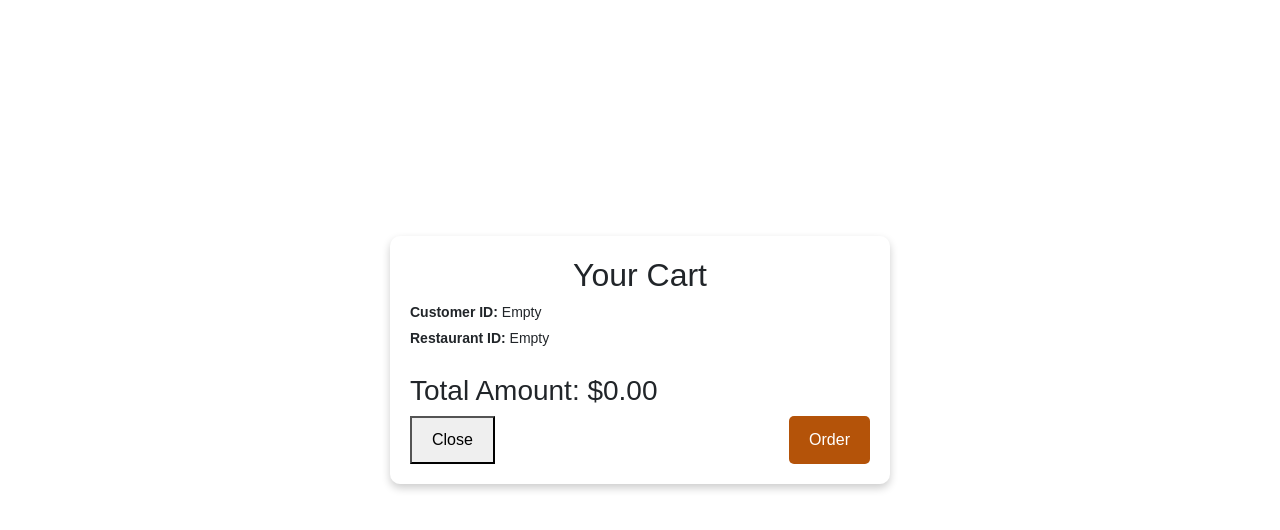
Repository: chelseajaculina/lab2-uber-eats
Page: /cart (app in frontend/)
An editor plug-in stored every save of this project. The page is shown before and after the next save, followed by the edit.
The browser window is 1280 px wide. The pictures show the whole page.
The project was rebuilt for these pictures with package versions that can differ from the ones it lists, and the page was loaded fresh each time. Also part of the build but not shown: frontend/src/components/Home.css, frontend/src/components/Logout.css, frontend/src/components/Logout.js, frontend/src/components/NavBarHome.js, frontend/src/components/Home.js, frontend/src/components/CustomerSignUp.js, frontend/src/components/RestaurantSignUp.js, frontend/src/components/SignUp.js and 27 more.

Above is the page before, as saved 2024-11-23 01:01:37.

### frontend/src/components/CartModal.js
import React, { useEffect, useState } from 'react';
import { useNavigate } from 'react-router-dom';
import { jwtDecode } from 'jwt-decode'; // Install using npm install jwt-decode
import './CartModal.css';

const CartModal = ({ cart, setCart, onClose }) => {
  const navigate = useNavigate();

  // State for customer ID and restaurant ID
  const [customerId, setCustomerId] = useState(null);
  const [restaurantId, setRestaurantId] = useState(null);

  // Extract Customer ID and Restaurant ID from token and cart
  useEffect(() => {
    // Retrieve token from localStorage
    const token = localStorage.getItem('access_token');
    if (token) {
      try {
        const decodedToken = jwtDecode(token); // Decode the token
        setCustomerId(decodedToken.customer_id || 'None');
        console.log('Customer ID retrieved from token:', decodedToken.customer_id);
      } catch (error) {
        console.error('Error decoding token:', error);
        setCustomerId('Empty'); // Default value if decoding fails
      }
    } else {
      console.warn('Access token not found.');
      setCustomerId('Empty'); // Default value if token is missing
    }

    // Extract the restaurant ID from the cart
    if (cart.length > 0) {
      const uniqueRestaurantIds = [...new Set(cart.map((item) => item.restaurant_id))];
      console.log('Unique restaurant IDs from cart:', uniqueRestaurantIds);

      if (uniqueRestaurantIds.length === 1) {
        setRestaurantId(uniqueRestaurantIds[0]);
        console.log('Restaurant ID set:', uniqueRestaurantIds[0]);
      } else if (uniqueRestaurantIds.length > 1) {
        console.warn('Multiple restaurant IDs detected:', uniqueRestaurantIds);
        setRestaurantId('Multiple IDs'); // Default value for multiple IDs
      } else {
        console.warn('No restaurant_id found in the cart.');
        setRestaurantId('Empty'); // Default value if no restaurant ID is found
      }
    } else {
      setRestaurantId('Empty'); // Default value if cart is empty
      console.warn('Cart is empty.');
    }
  }, [cart]);

  const increaseQuantity = (dishId) => {
    setCart((prevCart) =>
      prevCart.map((item) =>
        item.id === dishId ? { ...item, quantity: item.quantity + 1 } : item
      )
    );
  };

  const decreaseQuantity = (dishId) => {
    setCart((prevCart) =>
      prevCart
        .map((item) =>
          item.id === dishId ? { ...item, quantity: item.quantity - 1 } : item
        )
        .filter((item) => item.quantity > 0)
    );
  };

  const calculateTotal = () =>
    cart.reduce(
      (total, item) =>
        total + (parseFloat(item.price) || 0) * item.quantity,
      0
    ).toFixed(2);

  const handleOrder = () => {
    // Ensure both IDs are available before navigating
    if (!customerId || !restaurantId || customerId === 'Empty' || restaurantId === 'Empty') {
      alert('Customer ID or Restaurant ID is missing. Please check your cart or log in.');
      return;
    }

    // Navigate to the Order Page with IDs and cart
    navigate('/order', {
      state: {
        cart,
        customerId,
        restaurantId,
      },
    });
  };

  return (
    <div className="cart-modal">
      <h2>Your Cart</h2>
      <p><strong>Customer ID:</strong> {customerId}</p>
      <p><strong>Restaurant ID:</strong> {restaurantId}</p>
      <div className="cart-items">
        {cart.map((item) => (
          <div className="cart-item" key={item.id}>
            <h4>{item.name}</h4>
            <p>${(parseFloat(item.price) || 0).toFixed(2)}</p>
            <div className="quantity-controls">
              <button onClick={() => decreaseQuantity(item.id)}>-</button>
              <span>x {item.quantity}</span>
              <button onClick={() => increaseQuantity(item.id)}>+</button>
            </div>
          </div>
        ))}
      </div>
      <div className="cart-total">
        <h3>Total Amount: ${calculateTotal()}</h3>
      </div>
      <div className="cart-actions">
        <button onClick={onClose}>Close</button>
        <button className="order-button" onClick={handleOrder}>
          Order
        </button>
      </div>
    </div>
  );
};

export default CartModal;

### frontend/src/components/SignUp.css
/* Shared container styling for login and signup */
.signup-container {
    display: flex;
    flex-direction: column;
    align-items: center;
    padding: 20px;
    width: 100%;
    background-color: #f7f7f7; /* Light gray background */
}

/* Shared header styling for both signup and login */
.signup-header {
    background-color: transparent;
    width: 100%;
    text-align: center;
    padding: 10px;
}

/* Brand title styling for consistency */
.brand-title {
    color: #000; /* Black color for "Uber" */
    font-size: 24px;
}

.brand-title span {
    color: #34a853; /* Green color for "Eats" */
}

/* Container to hold both forms side by side */
.signup-forms {
    display: flex;
    justify-content: space-between;
    width: 80%;
    max-width: 1200px;
    gap: 20px; /* Space between the two forms */
    margin-top: 20px;
}

/* Styling for each individual form container */
.form-container {
    flex: 1;
    background-color: white;
    padding: 20px;
    border-radius: 10px;
    box-shadow: 0 4px 10px rgba(0, 0, 0, 0.1);
    text-align: center;
}

/* Shared form styling for inputs and buttons */
.signup-form, .login-form {
    display: flex;
    flex-direction: column;
    width: 100%;
    margin-top: 20px;
}

.signup-form h2, h2 {
    text-align: center;
    font-size: 18px;
    margin-bottom: 10px;
    color: #333;
}

.signup-form input,  input {
    width: 100%;
    padding: 12px;
    margin: 8px 0;
    border-radius: 8px;
    border: 1px solid #ccc;
    font-size: 16px;
}

.continue-button {
    background-color: black;
    color: white;
    padding: 12px;
    border: none;
    border-radius: 8px;
    font-size: 16px;
    cursor: pointer;
    margin-top: 10px;
}

.divider {
    display: flex;
    align-items: center;
    text-align: center;
    margin: 20px 0;
}

.line {
    flex: 1;
    height: 1px;
    background-color: #ccc;
    border: none;
}



.google-button, .apple-button, .qr-code-button {
    display: flex;
    align-items: center;
    justify-content: center;
    background-color: #f5f5f5;
    color: black;
    padding: 12px;
    margin: 8px 0;
    border-radius: 8px;
    border: 1px solid #ccc;
    font-size: 16px;
    cursor: pointer;
}

.google-button img, .apple-button img, .qr-code-button img {
    width: 20px;
    height: 20px;
    margin-right: 10px;
}

.disclaimer {
    font-size: 12px;
    color: gray;
    text-align: center;
    margin-top: 10px;
    line-height: 1.5;
}

.link-button {
    color: #000;
    font-weight: bold;
    text-decoration: none;
    cursor: pointer;
    background: #000;  /* Remove default background */
    border: none;      /* Remove default border */
    padding: 0.5rem;   /* Optional padding to make it look button-like */
    color: #fff;
}

/* Responsive design for smaller screens */
@media (max-width: 768px) {
    .signup-forms {
        flex-direction: column;
        align-items: center;
    }

    .form-container {
        width: 100%;
        margin-bottom: 20px;
    }
}


/* Stretch buttons across form container */
.google-button, .apple-button, .qr-code-button {
    display: flex;
    align-items: center;
    justify-content: center;
    background-color: #f5f5f5;
    color: black;
    padding: 12px;
    margin: 8px 0;
    border-radius: 8px;
    border: 1px solid #ccc;
    font-size: 16px;
    cursor: pointer;
    width: 100%; /* Make buttons full width */
    max-width: 300px; /* Optional max-width to keep buttons from getting too wide */
}

/* Center the buttons within the form container */
.signup-form, .login-form {
    display: flex;
    flex-direction: column;
    align-items: center; /* Center all elements horizontally */
    width: 100%;
    margin-top: 20px;
}

/* Center the button icon */
.google-button .icon, .apple-button .icon, .qr-code-button .icon {
    margin-right: 10px;
    font-size: 20px;
}

### frontend/src/components/Welcome.css
/* General Reset */
* {
    margin: 0;
    padding: 0;
    box-sizing: border-box;
    font-family: Arial, Helvetica, sans-serif;
}

/* Container */
.landing-container {
    width: 100%;
    height: 100vh;
    background: url('/public/images/landing-bg.jpg') center/cover no-repeat;
    color: #000;
    display: flex;
    flex-direction: column;
    margin: 0;
    padding: 0;
}

/* Navigation Bar */
.navbar {
    display: flex;
    justify-content: space-between;
    align-items: center;
    padding: 1rem 2rem;
    background-color: transparent; /* Keep background transparent if desired */
    border-bottom: none; /* Ensure no bottom border */
    box-shadow: none; /* Ensure no shadow */
}


.navbar-left {
    display: flex;
    align-items: center;
    background-color: transparent;
}

.menu-button {
    font-size: 1.5rem;
    background: none;
    border: none;
    cursor: pointer;
    margin-right: 1rem;
    color: #000; /* White icon color */
}

.menu-button:focus {
    outline: none; /* Remove focus outline */
}

.brand-title {
    font-weight: bold;
    font-size: 1.5rem;
    color: #000;
}

.navbar-right {
    display: flex;
    align-items: center;
    background-color: transparent;
}

.navbar-right button {
    padding: 0.5rem 1rem;
    cursor: pointer;
    font-size: 1rem;
    margin-left: 1rem;
    border-radius: 5px;
    border: none; /* Ensure there is no border for solid button effect */
}

/* Log in Button - White with Black Border */
.login-button {
    background-color: #fff;          /* White background */
    color: #000;                     /* Black text */
    border: 1px solid #000;          /* Black border */
    border-radius: 5px;              /* Slightly rounded corners */
}

/* Sign up Button - Green with White Text */
.signup-button {
    background-color: #00ff80;  /* Green background */
    color: #fff;                     /* White text */
    border-radius: 5px;              /* Slightly rounded corners */
}

/* Hero Section */
.hero-section {
    display: flex;
    flex-direction: column;
    align-items: left;
    margin-top: 6rem;
    padding: 2rem;
    color: #000;
}

.hero-section h1 {
    font-size: 3rem;
    font-weight: bold;
    margin-bottom: 2rem;
}

/* Address Input Section */
.address-input-section {
    display: flex;
    align-items: center;
    gap: 1rem;
    width: 100%;
    max-width: 800px;
}

.input-box {
    display: flex;
    align-items: center;
    background: #fff;
    padding: 0.5rem;
    border-radius: 8px;
    flex-grow: 1;
    border: 1px solid #ddd;
}

.input-box .icon {
    margin-right: 0.5rem;
    color: #666;
}

.input-box input {
    border: none;
    outline: none;
    width: 100%;
    font-size: 1rem;
    padding: 0.5rem 0;
}

.delivery-time-dropdown {
    display: flex;
    align-items: center;
    background: #fff;
    padding: 0.5rem;
    border-radius: 8px;
    border: 1px solid #ddd;
}

.delivery-time-dropdown .icon {
    margin-right: 0.5rem;
    color: #666;
}

.delivery-time-dropdown select {
    border: none;
    outline: none;
    font-size: 1rem;
    background: transparent;
}

/* Search Button */
.search-button {
    background-color: #000;
    color: #fff;
    padding: 0.75rem 1.5rem;
    border: none;
    cursor: pointer;
    border-radius: 8px;
    font-weight: bold;
}

/* Sign In Link */
.signin-link {
    margin-top: 1rem;
    font-size: 1rem;
    color: #666;
}

.signin-link a {
    color: #000;
    font-weight: bold;
    text-decoration: none;
}

.signin-link a:hover {
    text-decoration: underline;
}

.link-button {
    color: #000;
    font-weight: bold;
    text-decoration: none;
    cursor: pointer;
    background: none;  /* Remove default background */
    border: none;      /* Remove default border */
    padding: 0.5rem;   /* Optional padding to make it look button-like */
}

.link-button:hover {
    text-decoration: underline; /* Add underline on hover */
}

### frontend/src/components/RestaurantMenu.css
/* General Reset */
* {
  margin: 0;
  padding: 0;
  box-sizing: border-box;
  font-family: Arial, Helvetica, sans-serif;
}

/* Container for the entire menu section */
.restaurant-menu {
  width: 100%;
  padding: 20px;
  display: flex;
  flex-direction: column;
  align-items: center;
  background-color: #f5f5f5;
}

/* Title of the menu */
.menu-title {
  font-size: 2rem;
  margin-bottom: 20px;
  color: #333;
}

/* Section for the add dish button */
.add-dish-section {
  width: 100%;
  display: flex;
  justify-content: center;
  margin-bottom: 20px;
}

.add-dish-button {
  padding: 10px 20px;
  font-size: 1rem;
  background-color: black;
  color: white;
  border: none;
  border-radius: 5px;
  cursor: pointer;
  transition: background-color 0.3s;
}

.add-dish-button:hover {
  background-color: #333;
}

/* Dishes list */
.dishes-list {
  width: 100%;
  display: flex;
  flex-wrap: wrap;
  justify-content: center;
  gap: 20px;
}

/* Individual dish card */
.dish-card {
  background-color: white;
  width: 250px;
  padding: 10px;
  border-radius: 10px;
  box-shadow: 0 4px 8px rgba(0, 0, 0, 0.1);
  text-align: center;
  display: flex;
  flex-direction: column;
  align-items: center;
}

.dish-image {
  width: 100%;
  height: 180px;
  object-fit: cover;
  border-radius: 10px;
  margin-bottom: 10px;
}

.dish-card h3 {
  font-size: 1.2rem;
  color: #333;
}

.dish-card p {
  font-size: 0.9rem;
  color: #555;
}

.dish-card strong {
  color: #000;
}

/* Modal overlay */
.modal-overlay {
  position: fixed;
  top: 0;
  left: 0;
  width: 100%;
  height: 100%;
  background-color: rgba(0, 0, 0, 0.5);
  display: flex;
  justify-content: center;
  align-items: center;
}

/* Modal content */
.modal-content {
  background-color: white;
  padding: 20px;
  width: 400px;
  border-radius: 10px;
  box-shadow: 0 4px 8px rgba(0, 0, 0, 0.2);
}

.modal-content h2 {
  font-size: 1.5rem;
  margin-bottom: 20px;
  color: #333;
}

.dish-form {
  display: flex;
  flex-direction: column;
  gap: 10px;
}

.dish-form input,
.dish-form select,
.dish-form textarea {
  padding: 10px;
  font-size: 1rem;
  border: 1px solid #ccc;
  border-radius: 5px;
  width: 100%;
  box-sizing: border-box;
}

.dish-form textarea {
  resize: vertical;
  height: 100px;
}

.form-buttons {
  display: flex;
  justify-content: space-between;
}

.save-button {
  background-color: #00cc66;
  color: white;
  padding: 10px 20px;
  border: none;
  border-radius: 5px;
  cursor: pointer;
  transition: background-color 0.3s;
}

.save-button:hover {
  background-color: #00a653;
}

.cancel-button {
  background-color: #ccc;
  color: #333;
  padding: 10px 20px;
  border: none;
  border-radius: 5px;
  cursor: pointer;
  transition: background-color 0.3s;
}

.cancel-button:hover {
  background-color: #bbb;
}

/* Price input styling */
.price-input {
  display: flex;
  align-items: center;
}

.price-input span {
  margin-right: 10px;
  font-size: 1rem;
  color: #333;
}

/* Loading message */
.loading {
  text-align: center;
  font-size: 1.2rem;
  color: #333;
}

### frontend/src/components/CartModal.css
/* src/components/CartModal.css */
.cart-modal {
    position: fixed;
    top: 50%;
    left: 50%;
    transform: translate(-50%, -50%);
    background-color: white;
    padding: 20px;
    border-radius: 10px;
    box-shadow: 0 4px 8px rgba(0, 0, 0, 0.2);
    width: 90%;
    max-width: 500px;
  }

  .cart-items {
    max-height: 300px;
    overflow-y: auto;
    margin-bottom: 20px;
  }

  .cart-item {
    display: flex;
    justify-content: space-between;
    align-items: center;
    padding: 10px 0;
    border-bottom: 1px solid #ddd;
  }

  .quantity-controls {
    display: flex;
    align-items: center;
  }

  .quantity-controls button {
    background: none;
    border: 1px solid #ccc;
    padding: 5px;
    cursor: pointer;
    margin: 0 5px;
  }

  .cart-total {
    font-weight: bold;
    margin-top: 20px;
  }

  .cart-actions {
    display: flex;
    justify-content: space-between;
  }

  .cart-actions button {
    padding: 10px 20px;
    cursor: pointer;
  }

  .order-button {
    background-color: #b45309;
    color: white;
    border: none;
    padding: 10px 20px;
    cursor: pointer;
    border-radius: 5px;
  }

  .cart-modal p {
    margin: 5px 0;
    font-size: 14px;
  }

### frontend/src/components/NavBarBusiness.css
/* General Reset */
* {
    margin: 0;
    padding: 0;
    box-sizing: border-box;
    font-family: Arial, Helvetica, sans-serif;
}

.landing-container {
    width: 100%;
    height: 100vh;
    background: url('/public/images/landing-bg.jpg') center/cover no-repeat;
    color: #000;
    display: flex;
    flex-direction: column;
}


/* Navigation Bar */
.navbar {
    display: flex;
    justify-content: space-between;
    align-items: center;
    padding: 1rem;
    background-color: transparent;
    color: #fff;
    flex-wrap: wrap; /* Allows items to wrap in small screens */
    width: 100%;
}

/* Navbar Left Section */
.navbar-left {
    display: flex;
    align-items: center;
    flex-wrap: wrap;
    gap: 1rem;
}

/* Menu Button */
.menu-button {
    font-size: 1.5rem;
    background: none;
    border: none;
    cursor: pointer;
    color: #fff;
}

/* Brand Title */
.brand-title {
    font-weight: bold;
    font-size: 1.5rem;
    color: #000;
    text-decoration: none;
}

.brand-link {
    color: #000;
    text-decoration: none;
}

/* Delivery and Pickup Buttons */
.delivery-pickup-buttons {
    display: flex;
    gap: 0.5rem;
}

.delivery-btn, .pickup-btn {
    padding: 0.5rem 1rem;
    border-radius: 20px;
    border: none;
    cursor: pointer;
    background-color: #f6f6f6;
    color: #000;
    transition: background-color 0.3s;
}

.delivery-btn.active {
    background-color: #fff;
    border: 1px solid #ddd;
}

/* Navbar Right Section */
.navbar-right {
    display: flex;
    align-items: center;
    gap: 1rem;
    flex-wrap: wrap;
    flex: 1;
    justify-content: flex-end;
    width: 100%;
}

.location {
    display: flex;
    align-items: center;
    gap: 0.5rem;
    font-size: 1rem;
    color: #fff;
    white-space: nowrap;
}

.search-box {
    display: flex;
    align-items: center;
    background-color: #f6f6f6;
    padding: 0.5rem 1rem;
    border-radius: 20px;
    gap: 0.5rem;
    flex-grow: 1; /* Expand the search box */
    max-width: 400px;
    min-width: 200px;
}

.search-box input {
    border: none;
    background: transparent;
    outline: none;
    width: 100%;
    color: #000;
}

.login-button {
    padding: 0.5rem 1rem;
    background-color: #fff;
    color: #000;
    border: 1px solid #000;
    border-radius: 5px;
    cursor: pointer;
}

.signup-button {
    padding: 0.5rem 1rem;
    background-color: #000;
    color: #fff;
    border: none;
    border-radius: 5px;
    cursor: pointer;
}

.shopping-cart-icon {
    font-size: 1.5rem;
    color: #00cc66;
}

/* Side Menu */
.side-menu {
    position: fixed;
    top: 0;
    left: 0;
    width: 300px;
    height: 100%;
    background-color: #fff;
    box-shadow: 2px 0 5px rgba(0, 0, 0, 0.3);
    padding: 2rem;
    z-index: 1000;
    display: flex;
    flex-direction: column;
    gap: 1rem;
}

.close-button {
    align-self: flex-end;
    background: none;
    border: none;
    font-size: 1.5rem;
    cursor: pointer;
}

.signup-side-button, .login-side-button {
    width: 100%;
    padding: 1rem;
    border-radius: 5px;
    border: none;
    cursor: pointer;
    font-size: 1.2rem;
}

.signup-side-button {
    background-color: #000;
    color: #fff;
}

.login-side-button {
    background-color: #f0f0f0;
    color: #000;
}

.side-links {
    display: flex;
    flex-direction: column;
    gap: 1rem;
}

.side-links a {
    text-decoration: none;
    color: #000;
    font-weight: bold;
}

.download-app {
    margin-top: auto;
    text-align: center;
}

.app-links button {
    margin: 1rem 0.5rem;
    padding: 0.5rem 1rem;
    border-radius: 5px;
    border: none;
    cursor: pointer;
    font-weight: bold;
}

/* Media Queries for Responsive Design */
@media (max-width: 768px) {
    .navbar {
        padding: 0.5rem 1rem;
    }

    .navbar-right {
        flex-direction: column;
        gap: 0.5rem;
        width: 100%;
        justify-content: center;
        align-items: flex-start;
    }

    .search-box {
        order: 2;
        margin-top: 1rem;
        width: 100%;
    }

    .location {
        display: none;
    }
}

@media (max-width: 480px) {
    .delivery-pickup-buttons {
        display: none; /* Hide on small screens */
    }

    .signup-button, .login-button {
        padding: 0.3rem 0.8rem;
    }

    .shopping-cart-icon {
        font-size: 1.2rem;
    }

    .navbar {
        flex-direction: column;
        align-items: flex-start;
    }

    .brand-title {
        font-size: 1.2rem;
    }
}

Loaded but not shown: frontend/public/index.html (common file); frontend/src/App.js (86 lines, source omitted); frontend/src/contexts/CartContext.js (42 lines, source omitted); frontend/src/index.js (14 lines, source omitted); frontend/src/components/NavBar.css (372 lines, source omitted)

After the next save:
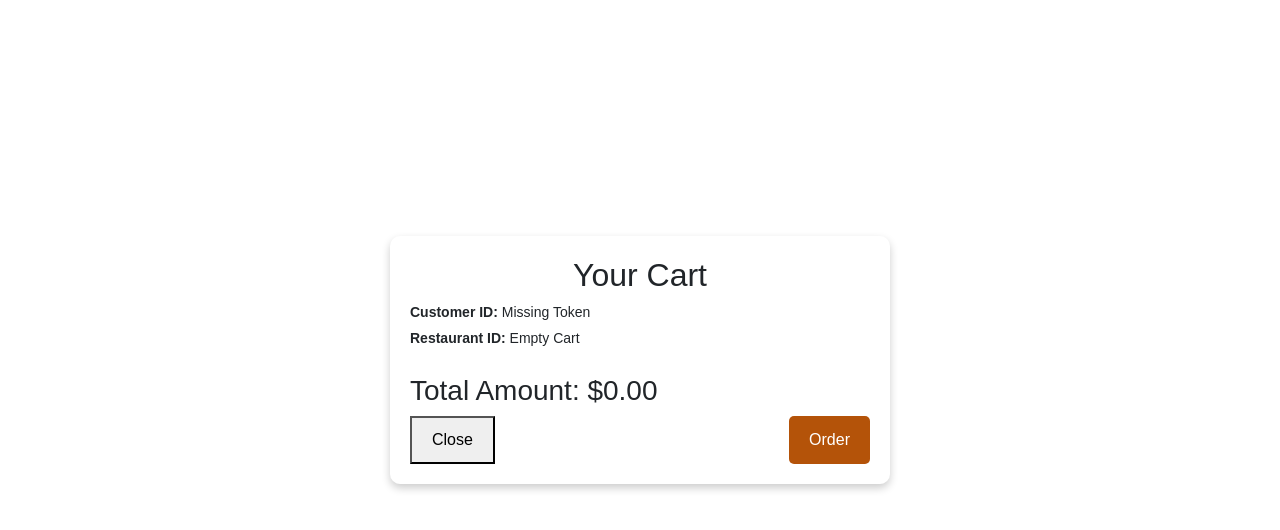
Saved 20 s later.
--- a/frontend/src/components/CartModal.js
+++ b/frontend/src/components/CartModal.js
@@ -1,6 +1,6 @@
 import React, { useEffect, useState } from 'react';
 import { useNavigate } from 'react-router-dom';
-import { jwtDecode } from 'jwt-decode'; // Install using npm install jwt-decode
+import jwtDecode from 'jwt-decode';
 import './CartModal.css';
 
 const CartModal = ({ cart, setCart, onClose }) => {
@@ -10,22 +10,22 @@ const CartModal = ({ cart, setCart, onClose }) => {
   const [customerId, setCustomerId] = useState(null);
   const [restaurantId, setRestaurantId] = useState(null);
 
-  // Extract Customer ID and Restaurant ID from token and cart
+  // Extract customer ID and restaurant ID on component load
   useEffect(() => {
     // Retrieve token from localStorage
     const token = localStorage.getItem('access_token');
     if (token) {
       try {
         const decodedToken = jwtDecode(token); // Decode the token
-        setCustomerId(decodedToken.customer_id || 'None');
-        console.log('Customer ID retrieved from token:', decodedToken.customer_id);
+        console.log('Decoded Token:', decodedToken); // Log decoded token for debugging
+        setCustomerId(decodedToken.customer_id || 'Not Found'); // Check for customer_id
       } catch (error) {
         console.error('Error decoding token:', error);
-        setCustomerId('Empty'); // Default value if decoding fails
+        setCustomerId('Error Decoding Token'); // Handle decoding error
       }
     } else {
       console.warn('Access token not found.');
-      setCustomerId('Empty'); // Default value if token is missing
+      setCustomerId('Missing Token'); // Handle missing token
     }
 
     // Extract the restaurant ID from the cart
@@ -35,17 +35,13 @@ const CartModal = ({ cart, setCart, onClose }) => {
 
       if (uniqueRestaurantIds.length === 1) {
         setRestaurantId(uniqueRestaurantIds[0]);
-        console.log('Restaurant ID set:', uniqueRestaurantIds[0]);
       } else if (uniqueRestaurantIds.length > 1) {
-        console.warn('Multiple restaurant IDs detected:', uniqueRestaurantIds);
-        setRestaurantId('Multiple IDs'); // Default value for multiple IDs
+        setRestaurantId('Multiple IDs'); // Handle multiple IDs
       } else {
-        console.warn('No restaurant_id found in the cart.');
-        setRestaurantId('Empty'); // Default value if no restaurant ID is found
+        setRestaurantId('None Found'); // Handle no IDs
       }
     } else {
-      setRestaurantId('Empty'); // Default value if cart is empty
-      console.warn('Cart is empty.');
+      setRestaurantId('Empty Cart'); // Handle empty cart
     }
   }, [cart]);
 
@@ -76,7 +72,7 @@ const CartModal = ({ cart, setCart, onClose }) => {
 
   const handleOrder = () => {
     // Ensure both IDs are available before navigating
-    if (!customerId || !restaurantId || customerId === 'Empty' || restaurantId === 'Empty') {
+    if (!customerId || !restaurantId || customerId === 'Missing Token' || restaurantId === 'Empty Cart') {
       alert('Customer ID or Restaurant ID is missing. Please check your cart or log in.');
       return;
     }
